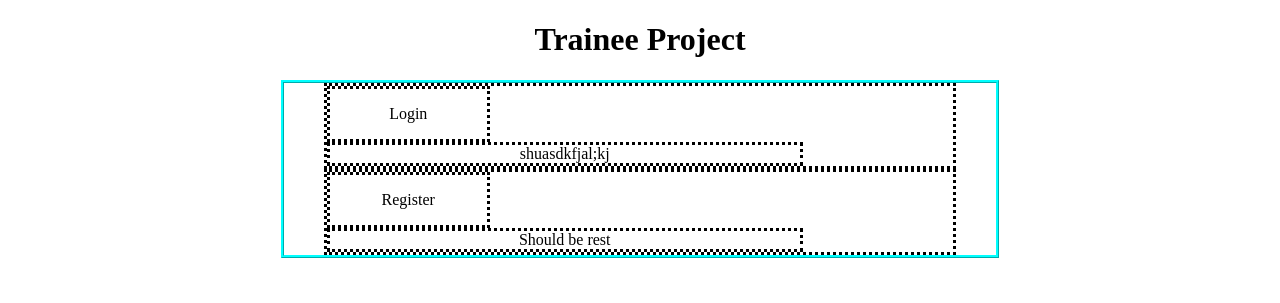
Repository: LsCodeMaster/Training
Page: Trainee/WebContent/trainee.html
The author's editor kept a copy of each file at every save. The page is drawn from the files as they stood at one save, then again after the next save.
The browser window is 1280 px wide. The pictures show the whole page.

Above is the page before, as saved 2015-09-15 10:26:09.

### Trainee/WebContent/trainee.html
<!DOCTYPE html>
<html>
<head>
<meta charset="ISO-8859-1">
<title>Trainee Project</title>
<link type = "text/css" href="css/style.css" rel="stylesheet">
</head>
<body>
	<h1>Trainee Project</h1>
	<div class="centeredBox">
		<div>
			<div class="loginType">
				<p>Login</p>
			</div>
			<div class="loginInfo">
				shuasdkfjal;kj
			</div>
		</div>
		<div>
			<div class="loginType">
				<p>Register</p>
			</div>
			<div class="loginInfo">
				Should be rest
			</div>
		</div>
	</div>
</body>
</html>

### Trainee/WebContent/css/style.css
.centeredBox{
    margin: auto;
	border-style: ridge;
	border-color: aqua;
	width: 50%;
	padding: 40 px;
	padding-left: 40px;
	padding-right: 40px;
}
.centeredBox div{
	border-style: dotted;
	text-align: center;
}
.loginType{
	width: 25%;
}
.loginInfo{
	width:75%;
}
h1{
    text-align: center;
}
.border{
	border-style: dotted;
}

After the next save:
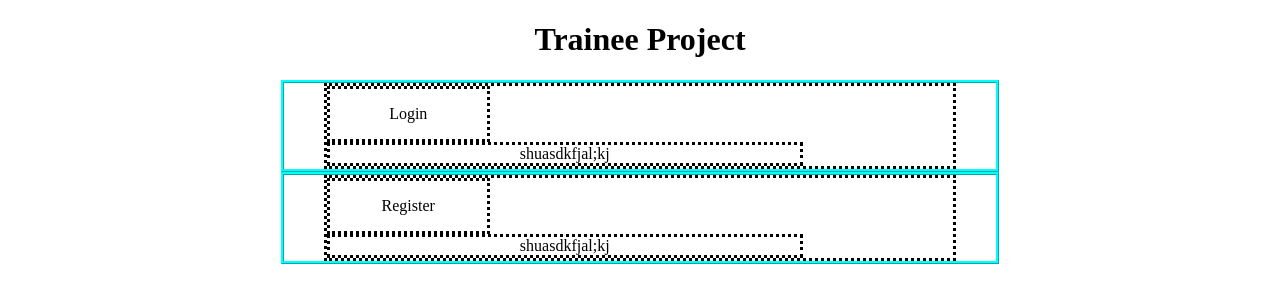
Saved 3 min 29 s later.
--- a/Trainee/WebContent/trainee.html
+++ b/Trainee/WebContent/trainee.html
@@ -16,12 +16,14 @@
 				shuasdkfjal;kj
 			</div>
 		</div>
+	</div>
+	<div class="centeredBox">
 		<div>
 			<div class="loginType">
 				<p>Register</p>
 			</div>
 			<div class="loginInfo">
-				Should be rest
+				shuasdkfjal;kj
 			</div>
 		</div>
 	</div>
